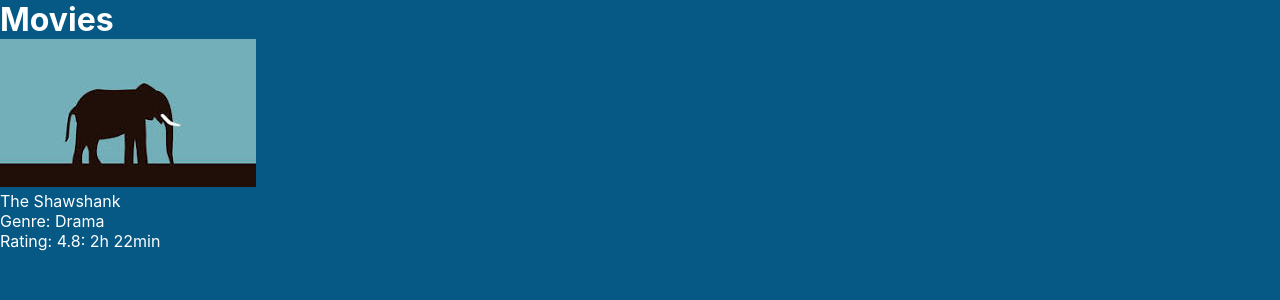
Repository: sbodova24/REACT__MovieApp
Page: /
These files come from the project's save history. The page is drawn as it stood at one moment and after a run of saves; the edit follows.
The browser window is 1280 px wide. The pictures show the whole page.
The page's requests for data from a server got no answer. The project was rebuilt for these pictures with package versions that can differ from the ones it lists, and the page was loaded fresh each time. No one was signed in, and anything a server would have sent is missing.

Above is the page before, as saved 2024-11-13 06:08:58.

After the next 4 saves:
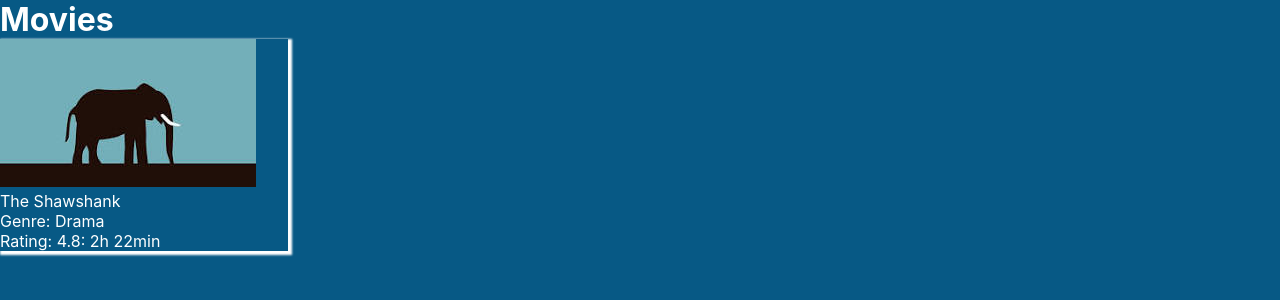
The 4 saves are shown as one change because they came seconds apart.
The last was saved 13 s later.
--- a/src/components/MovieCard/MovieCard.css
+++ b/src/components/MovieCard/MovieCard.css
@@ -1,5 +1,5 @@
 .card-container{
   width: 18rem;
   background-color:var(--card-bg-color);
-  box-shadow: ;
+  box-shadow: 2px 2px 2px 2px;
 }
